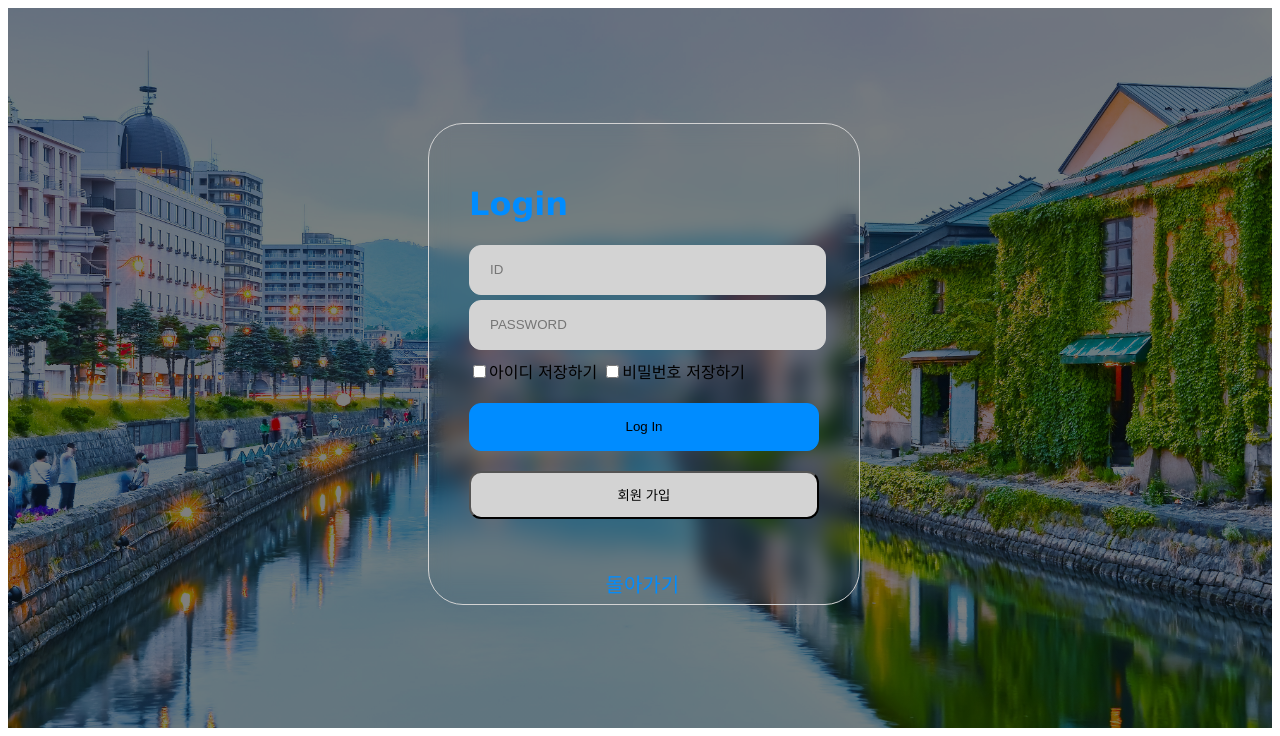
Repository: ExiNni/Travel-Project
Page: http://localhost/project_login/mainpage.jsp
An editor plug-in stored every save of this project. The page is shown before and after the next save, followed by the edit.
The browser window is 1280 px wide. The pictures show the whole page.
The page is served by Tomcat 9. Other server files are loaded and not shown.

Above is the page before, as saved 2023-11-08 02:30:08.

### project_login/src/main/webapp/mainpage.jsp
<%@ page language="java" contentType="text/html; charset=EUC-KR"
    pageEncoding="EUC-KR"%>
<!DOCTYPE html>
<html>
<head>
<meta charset="EUC-KR">
<title>로그인</title>
<link rel="stylesheet" href="login.css">
</head>
<body>
<form action = "LoginServlet" method="post">

	<header>
        <div class="total">
            <h1>Login</h1>
            <div class="login-form">
                <input type="text" id="user_id" placeholder="ID">
                <input type="password" id="user_pw" placeholder="PASSWORD">
                <input type="checkbox" id="check">아이디 저장하기
                <input type="checkbox" id="passCheck">비밀번호 저장하기
                <input type="submit" id="btn" value="Log In">
                <input type="button" onclick="location.href='#' " id="btn2" value="회원 가입" >
            </div>
            <a href="../메인페이지/mainPage.html" class="back">돌아가기</a>

        </div>
    </header>
</form>
</body>
</html>

### project_login/src/main/webapp/login.css
@charset "EUC-KR";
header{
    background-image:linear-gradient(rgba(0,0,0,0.5),rgba(0,0,0,0.5)), url(3.jpg);
    height: 100vh;
    background-size: cover;
    background-position: center;
}

.total {
    margin: 4px;
    width: 350px;
    height: 400px;
    padding: 40px;
    border: 1px solid lightgray;
    background: transparent;
    backdrop-filter: blur(10px);
    border-radius: 35px;
}

.total>h1 {
    color: rgb(0, 140, 255);
}

.login-form>#user_id,
#user_pw {
    width: 90%;
    height: 48px;
    padding: 0 20px;
    margin-bottom: 5px;
    background-color: lightgray;
    border: 1px solid lightgray;
    border-radius: 12px;
}

.login-form>#check {
    margin-top: 10px;
    font-size: 10px;
}

.login-form>#btn {
    width: 100%;
    height: 48px;
    background-color: rgb(0, 140, 255);
    border: 1px solid rgb(0, 140, 255);
    border-radius: 12px;
    margin-top: 20px;
}

.login-form>#btn2 {
    width: 100%;
    height: 48px;
    background-color: lightgray;
    border: 1px solid lightgray(0, 140, 255);
    border-radius: 12px;
    margin-top: 20px;
    margin-bottom: 50px;
}

.total {
    position: absolute;
    top: 50%;
    left: 50%;
    transform: translate(-50%, -50%);
    font-family: Verdana, Geneva, Tahoma, sans-serif;
}

.back{
    font-size: 20px;
    text-decoration-line: none;
    color:  rgb(0, 140, 255);
    margin-left: 39%;
}

After the next save:
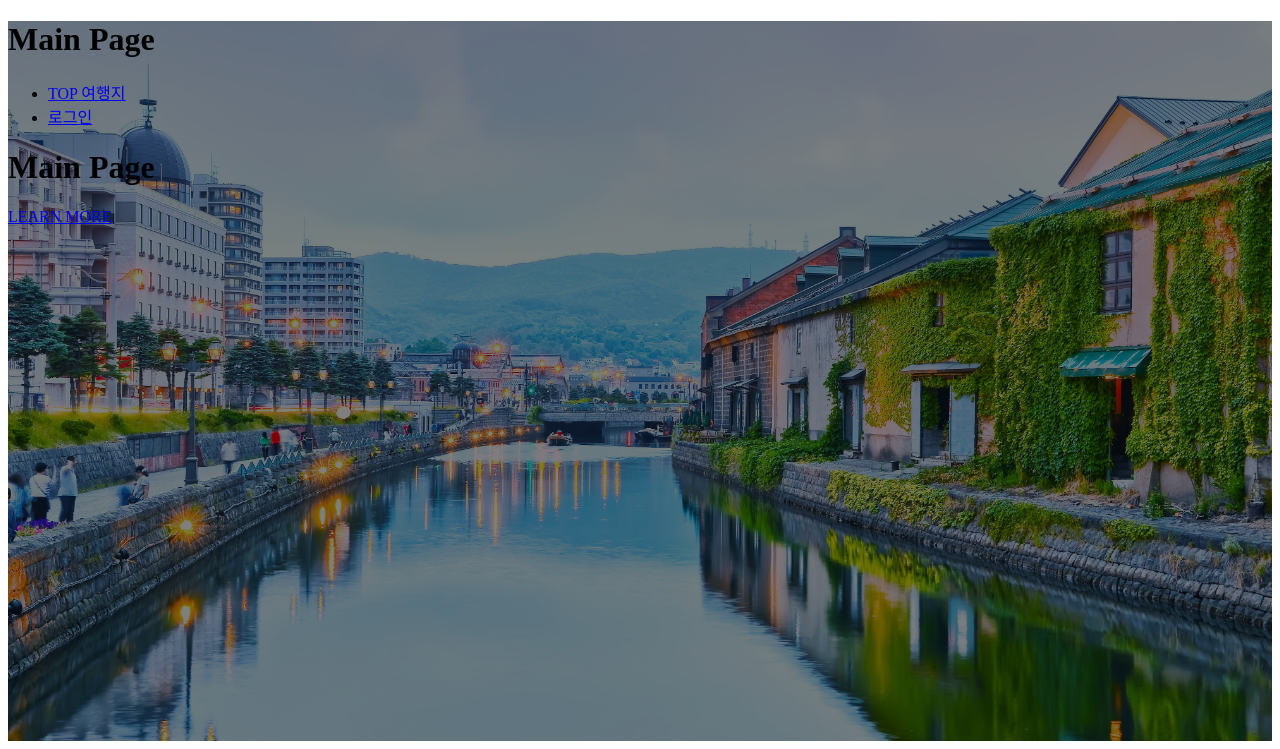
Saved 21 s later.
--- a/project_login/src/main/webapp/mainpage.jsp
+++ b/project_login/src/main/webapp/mainpage.jsp
@@ -11,18 +11,18 @@
 <form action = "LoginServlet" method="post">
 
 	<header>
-        <div class="total">
-            <h1>Login</h1>
-            <div class="login-form">
-                <input type="text" id="user_id" placeholder="ID">
-                <input type="password" id="user_pw" placeholder="PASSWORD">
-                <input type="checkbox" id="check">아이디 저장하기
-                <input type="checkbox" id="passCheck">비밀번호 저장하기
-                <input type="submit" id="btn" value="Log In">
-                <input type="button" onclick="location.href='#' " id="btn2" value="회원 가입" >
-            </div>
-            <a href="../메인페이지/mainPage.html" class="back">돌아가기</a>
-
+        <h1>Main Page</h1>
+        <div class="navbar">
+            <ul>
+                <li class="active"><a href="../project_main.html">TOP 여행지</a></li>
+                <li><a href="../로그인/login.html">로그인</a></li>
+            </ul>
+        </div>
+        <div class="title">
+            <h1>Main Page</h1>
+        </div>
+        <div class="button">
+            <a href="#" class="btn">LEARN MORE</a>
         </div>
     </header>
 </form>
